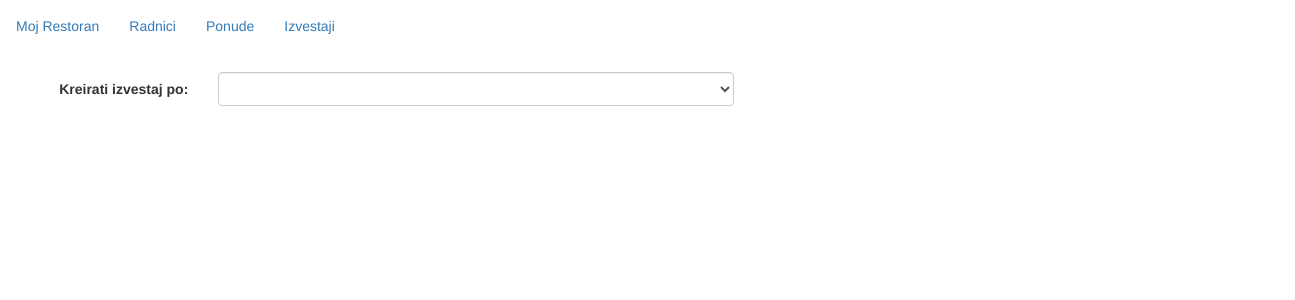
Repository: milanadam94/ISA-2016
Page: jpa-example/src/main/webapp/RestaurantManager/RestourantManagerReport.html
These files come from the project's save history. The page is drawn as it stood at one moment and after the next save; the edit follows.
The browser window is 1280 px wide. The page is 1295 px wide, so the pictures cover 1295 px, including what lies to the right of the window. The pictures show the whole page.
Some web libraries are served in a nearby version.

Above is the page before, as saved 2017-03-01 08:44:03.

### jpa-example/src/main/webapp/RestaurantManager/RestourantManagerReport.html
<!DOCTYPE html>
<html>
<head>
<meta charset="ISO-8859-1">
<title>Menadzer Restorana</title>

<!-- JQUERY -->
<script src="https://code.jquery.com/jquery-3.1.1.js" integrity="sha256-16cdPddA6VdVInumRGo6IbivbERE8p7CQR3HzTBuELA=" crossorigin="anonymous"></script>

<!-- BOOTSTRAP CSS -->
<link rel="stylesheet" href="https://maxcdn.bootstrapcdn.com/bootstrap/3.3.7/css/bootstrap.min.css" integrity="sha384-BVYiiSIFeK1dGmJRAkycuHAHRg32OmUcww7on3RYdg4Va+PmSTsz/K68vbdEjh4u" crossorigin="anonymous">

<!-- BOOTSTRAP THEME -->
<link rel="stylesheet" href="https://maxcdn.bootstrapcdn.com/bootstrap/3.3.7/css/bootstrap-theme.min.css" integrity="sha384-rHyoN1iRsVXV4nD0JutlnGaslCJuC7uwjduW9SVrLvRYooPp2bWYgmgJQIXwl/Sp" crossorigin="anonymous">

<!-- BOOTSTRAP JS -->
<script src="https://maxcdn.bootstrapcdn.com/bootstrap/3.3.7/js/bootstrap.min.js" integrity="sha384-Tc5IQib027qvyjSMfHjOMaLkfuWVxZxUPnCJA7l2mCWNIpG9mGCD8wGNIcPD7Txa" crossorigin="anonymous"></script>

<!-- ANGULAR JS -->
<script src="https://ajax.googleapis.com/ajax/libs/angularjs/1.6.1/angular.js"></script>

<script src="/JQuery-cookie-plugin/jquery.cookie.js"></script>

<!-- TOASTR -->
<!-- <script src="https://cdnjs.cloudflare.com/ajax/libs/toastr.js/latest/css/toastr.css"></script> -->

</head>
<body ng-app="restManager" ng-controller="reportControler">
	<nav id="myNavbar" class="navbar">
		<ul class="nav navbar-nav">
			<li><a href="RestaurantManager.html" ng-click="getRestaurant()">Moj Restoran</a></li>
			<li><a href="RestaurantManagerWorkers.html">Radnici</a></li>
			<li><a href="RestaurantManagerOfferers.html">Ponude</a></li>
			<li><a href="RestourantManagerReport.html">Izvestaji</a></li>
		</ul>
	</nav>
	<div>

		<form class="form-horizontal">
			<div class="form-group">
			<label class="control-label col-sm-2">Kreirati izvestaj po: </label>
					 <div class="col-sm-5">
						<select class="form-control" id="kategorija" ng-model="choosenOption" ng-change="reloadPage()" title="restaurant.category">
						<option>Ocena Restorana</option>
						<option>Jelu</option>
						<option>Konobaru</option>
						<option>Posecenost</option>
						<option>Prihodu</option>
						<option>Prihodi Po Konobaru</option>
						</select>
					</div>
			</div> <br/>
		</form>

		<br/><br/><br/>

	<!--  OCENA RESTORAN ========= -->

		<div ng-show="ocenaRestoranaShow">
		<form class="form-horizontal">
			<div class="form-group">

			<table class="table">
				<tr bgcolor="lightgrey">
					<th>Ime</th>
					<th>Prezime</th>
					<th>Komentar</th>
					<th>Ocena</th>
				</tr>
				<tr ng-repeat="i in restaurantRecensions | orderBy:'grade'">
					<td>{{i.guest.user.name}}</td>
				 	<td>{{i.guest.user.lastName}}</td>
					<td>{{i.description}}</td>
					<td>{{i.grade}}</td>
					</tr>
			</table>

			<label class="control-label col-sm-2">Ocena Restorana: {{ocenaRestorana}}</label>
			</div> <br/>
		</form>

		</div>


		<!--  FOOOD -->
		<div ng-show="jeluShow">
		<form class="form-horizontal">

			<div class="form-group">
			<label class="control-label col-sm-2" >Naziv Jela: </label><div class="col-sm-5"><input type = "text" class="form-control" ng-model="foodName"  placeholder="Unesit ime jela"></div> <br/>
			</div>

			<div class="form-group">
			<div class="col-sm-offset-2 col-sm-10"><button type="submit" class="btn btn-info" ng-click="findFood()">Trazi</button></div>
			</div>

			<div class="form-group">
			<table class="table">
				<tr bgcolor="lightgrey">
					<th>Jelo</th>
					<th>Ime</th>
					<th>Prezime</th>
					<th>Komentar</th>
					<th>Ocena</th>
				</tr>
				<tr ng-repeat="i in foodRecensions | orderBy:'i.food.name'">
					<th>{{i.food.name}}</th>
					<td>{{i.guest.user.name}}</td>
				 	<td>{{i.guest.user.lastName}}</td>
					<td>{{i.description}}</td>
					<td>{{i.grade}}</td>
					</tr>
			</table>
			</div>

		</form>

		</div>


		<!--  Konobar -->
		<div ng-show="konobaruShow">
		<form class="form-horizontal">

			<div class="form-group">
			<label class="control-label col-sm-2" >Ime Konobara: </label><div class="col-sm-5"><input type = "text" class="form-control" ng-model="waiterName"  placeholder="Unesit ime konobara"></div> <br/>
			</div>

			<div class="form-group">
			<div class="col-sm-offset-2 col-sm-10"><button type="submit" class="btn btn-info" ng-click="findWaiter()">Trazi</button></div>
			</div>

			<div class="form-group">
			<table class="table">
				<tr bgcolor="lightgrey">
					<th>Konobar</th>
					<th>Ime</th>
					<th>Prezime</th>
					<th>Komentar</th>
					<th>Ocena</th>
				</tr>
				<tr ng-repeat="i in waiterRecensions | orderBy:'i.waiter.user.name'">
					<th>{{i.waiter.user.name}}</th>
					<td>{{i.guest.user.name}}</td>
				 	<td>{{i.guest.user.lastName}}</td>
					<td>{{i.description}}</td>
					<td>{{i.grade}}</td>
					</tr>
			</table>
			</div>

		</form>

		</div>


		<!--  POSECENOST -->



	</div>
</body>


<!-- ANGULAR SCRIPT -->
<script src="RestourantManagerReport.js"></script>


</html>

### jpa-example/src/main/webapp/RestaurantManager/RestourantManagerReport.js
angular.element(document).ready(function () {
    console.log('page loading completed');
});
var restManager = angular.module('restManager', []).config(['$qProvider', '$httpProvider', function ($qProvider, $httpProvider)  {
    $qProvider.errorOnUnhandledRejections(false);

}]).run(['$rootScope', '$http', '$window', function ($rootScope, $http, $window) {

	//namestiti dole u funckcijama gde treba user.email kada se ovo namesti!
	if (typeof $.cookie('user') !== 'undefined') {
		user = JSON.parse($.cookie('user'));

		if(user.userType == "GUEST") {
			$window.location.href = "/GuestPage/GuestPage.html";
		}
		// DALJE
	}



}]);



restManager.controller('reportControler', [ '$scope', 'reportService', function($scope, reportService){

	$scope.choosenOption = "";
	$scope.foodName = "Unesite naziv jela";
	$scope.ocenaRestorana = 0;
	$scope.waiterName = "Unesite ime konobara";

	setShows = function(ocenaRestoranaShow, jeluShow, konobaruShow, posecenostShow, prihodiShow, prihodiPoKonobaruShow) {
		$scope.ocenaRestoranaShow = ocenaRestoranaShow;
		$scope.jeluShow = jeluShow;
		$scope.konobaruShow = konobaruShow;
		$scope.posecenostShow = posecenostShow;
		$scope.prihodiShow = prihodiShow;
		$scope.prihodiPoKonobaruShow = prihodiPoKonobaruShow;

	}

	setShows(false,false,false,false,false,false);



	$scope.reloadPage = function(){
		if($scope.choosenOption == "Ocena Restorana"){
			setShows(true,false,false,false,false,false);

			reportService.getRestaurantRecension().then(
					function(response){

						$scope.restaurantRecensions = response.data;
						$scope.ocenaRestorana = 0;

						$scope.restaurantRecensions.forEach(function(recension){
							$scope.ocenaRestorana += recension.grade;
						});

						if($scope.restaurantRecensions.length != 0){
							$scope.ocenaRestorana /= $scope.restaurantRecensions.length;
						}

					}
			);



		}else if($scope.choosenOption == "Jelu"){
			setShows(false,true,false,false,false,false);

			$scope.findFood();


		}else if($scope.choosenOption == "Konobaru"){
			setShows(false,false,true,false,false,false);

			$scope.findWaiter();

		}else if($scope.choosenOption == "Posecenosti"){
			setShows(false,false,false,true,false,false);

		}else if($scope.choosenOption == "Prihodu"){
			setShows(false,false,false,false,true,false);

		}else if($scope.choosenOption == "Prihodi Po Konobaru"){
			setShows(false,false,false,false,false,true);

		}else{
			setShows(false,false,false,false,false,false);
		}

	}


	$scope.findFood = function(){

		if($scope.foodName == ""){
			$scope.foodName = "Unesite naziv jela"
		}


		reportService.getFoodRecension($scope.foodName).then(
				function(response){

					$scope.foodRecensions = response.data;

					if($scope.foodRecensions.length == 0){
						alert("Jelo nije ocenjivano.");
					}

				}
		);
	}

	$scope.findWaiter = function(){

		if($scope.waiterName == ""){
			$scope.waiterName = "Unesite ime konobara"
		}

		reportService.getWaiterRecension($scope.waiterName).then(
				function(response){

					$scope.waiterRecensions = response.data;

					if($scope.waiterRecensions.length == 0){
						alert("Konobar nije ocenjivan.");
					}

				}
		);

	}




}]);




restManager.service('reportService', ['$window', '$http', function($window, $http){

	this.getRestaurantRecension = function(){
		return $http({
			method: 'GET',
			url: "../restManager/getRestaurantRecension/1" //  //==================================== staviti email restoran menagera
		});
	}

	this.getFoodRecension = function(foodName){
		return $http({
			method: 'GET',
			url: "../restManager/getFoodRecension/"+foodName+"/1" //  //==================================== staviti email restoran menagera
		});
	}

	this.getWaiterRecension = function(waiterName){
		return $http({
			method: 'GET',
			url: "../restManager/getWaiterRecension/"+waiterName+"/1" //  //==================================== staviti email restoran menagera
		});
	}

}]);

Loaded but not shown: jpa-example/src/main/webapp/JQuery-cookie-plugin/jquery.cookie.js (library)

After the next save:
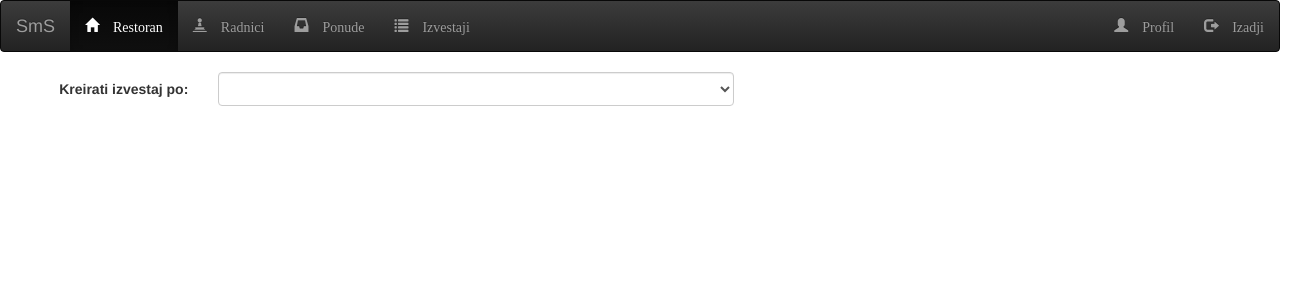
Saved 39 s later.
--- a/jpa-example/src/main/webapp/RestaurantManager/RestourantManagerReport.html
+++ b/jpa-example/src/main/webapp/RestaurantManager/RestourantManagerReport.html
@@ -26,14 +26,26 @@
 
 </head>
 <body ng-app="restManager" ng-controller="reportControler">
-	<nav id="myNavbar" class="navbar">
+
+	<nav id="myNavbar" class="navbar navbar-inverse">
+		<div class="container-fluid">
+			<div class="navbar-header">
+				<a class="navbar-brand">SmS</a>
+			</div>
 		<ul class="nav navbar-nav">
-			<li><a href="RestaurantManager.html" ng-click="getRestaurant()">Moj Restoran</a></li>
-			<li><a href="RestaurantManagerWorkers.html">Radnici</a></li>
-			<li><a href="RestaurantManagerOfferers.html">Ponude</a></li>
-			<li><a href="RestourantManagerReport.html">Izvestaji</a></li>
+			<li class="active"><a href="RestaurantManager.html" ng-click="getRestaurant()"><span class="glyphicon glyphicon-home"> Restoran </span></a></li>
+			<li><a href="RestaurantManagerWorkers.html"><span class="glyphicon glyphicon-pawn"> Radnici</span></a></li>
+			<li><a href="RestaurantManagerOfferers.html"><span class="glyphicon glyphicon-inbox"> Ponude </span></a></li>
+			<li><a href="RestourantManagerReport.html"><span class="glyphicon glyphicon-list"> Izvestaji </span></a></li>
 		</ul>
+		<ul class="nav navbar-nav navbar-right">
+			<li><a href="#"><span class="glyphicon glyphicon-user"> Profil</span> </a>
+			<li><a href="#"><span class="glyphicon glyphicon-log-out"> Izadji </span> </a>
+		</ul>
+
+		</div>
 	</nav>
+
 	<div>
 
 		<form class="form-horizontal">
